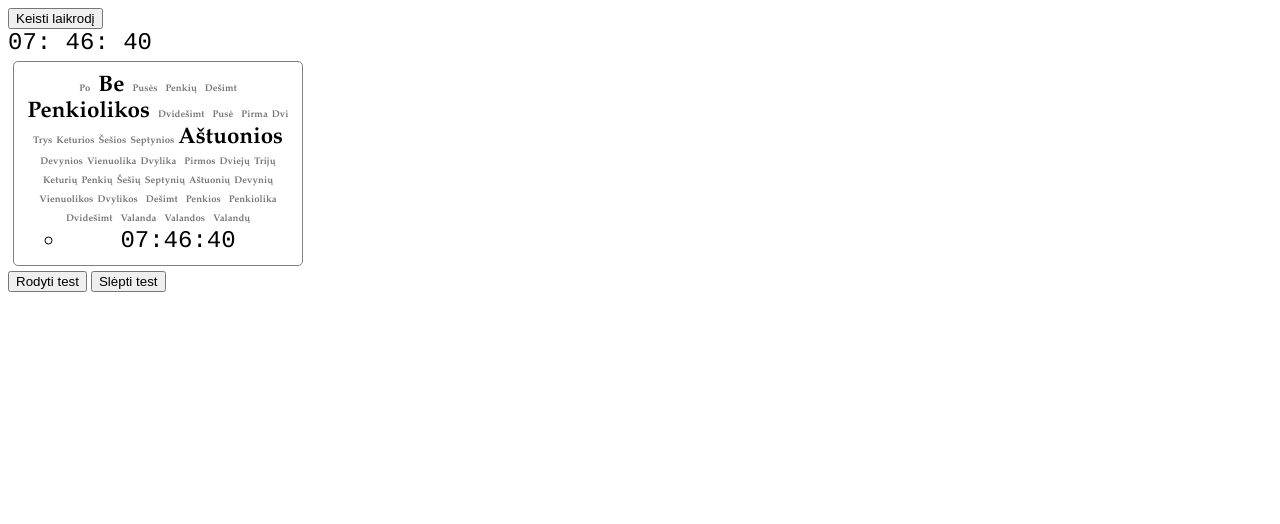
Repository: Skaidrius/WordClock
Page: index.html
The author's editor kept a record of every edit. The page is drawn from the files as they stood at one moment, then again after the next edit.
The browser window is 1280 px wide. The pictures show the whole page.
Some web libraries are served in a nearby version.

Above is the page before.

### index.html
<!DOCTYPE html>
<html>

<head>
    <meta charset="UTF-8">
    <title>Laikrodukas</title>
    <link type="text/css" rel="stylesheet" href="style.css"></link>
</head>

<body ng-app="clockApp">

    <div ng-controller="DataController" ng-init="init();">
        <button ng-click="changeClass()">Keisti laikrodį</button><br>
        <span class="digital">{{currHours}}: {{currMins}}: {{currSecs}}</span>

        <show-big-clock></show-big-clock>
    </div>


    <div ng-controller="TestController" ng-init="currHours = '1'; currMins = '0';">
        <button ng-click="show=true">Rodyti test</button>
        <button ng-click="show=false">Slėpti test</button>
        <div ng-show="show" id="clck-bgr">
        <ul>
            <li ng-class="currMins >= 5 && currMins < 25 || currMins >= 35 && currMins < 40 ? 'active' : 'passive'">{{after}}</li>
            <li ng-class="currMins >= 25 && currMins < 30 || currMins >= 40 ? 'active' : 'passive'">{{till}}</li>
            <li ng-class="currMins >= 35 && currMins < 40 ? 'active' : 'passive'">{{afterhalf}}</li>
            <li ng-class="currMins >= 25 && currMins < 30 || currMins >=  55 ? 'active' : 'passive'">{{fivetill}}</li>
            <li ng-class="currMins >= 50 && currMins < 55 ? 'active' : 'passive'">{{ten}}</li>
            <li ng-class="currMins >= 45 && currMins < 50 ? 'active' : 'passive'">{{quarter}}</li>
            <li ng-class="currMins >= 40 && currMins < 45 ? 'active' : 'passive'">{{twenty}}</li>
            <li ng-class="currMins >= 25 && currMins < 35 ? 'active' : 'passive'">{{half}}</li>

            <li ng-show="item.value!= 13" ng-repeat="item in hoursPastHalf" ng-class="currMins >= 40 && item.value-1 == currHours || currMins < 5 && item.value == currHours ? 'active' : 'passive'">{{item.name }}</li>

            <li ng-show="item.value!= 13" ng-repeat="item in hoursPastZero" ng-class="currMins >= 5 && currMins < 25 && item.value == currHours || currMins >= 25 && currMins < 40 && item.value-1 == currHours ? 'active' : 'passive'">{{item.name }}</li>

            <li ng-class="currMins > 9 && currMins < 15 || currHours == tenHours.value && currMins >= 0 && currMins < 25 || currMins >= 25 && currMins < 60 && tenHours.value-1 == currHours ? 'active' : 'passive'">{{tenHours.name}}</li>

            <li ng-class="currMins < 10 && five.value == currHours ||
                    currMins > 35 && five.value-1 == currHours ||
                    currMins >=5 && currMins < 10 ||
                    currMins >= 35 && currMins < 40 ? 'active' : 'passive'">{{five.name}}</li>

            <li ng-class="currMins >= 15 && currMins < 20? 'active' : 'passive'">{{fifteen}}</li>
            <li ng-class="currMins >= 20 && currMins < 25 ? 'active' : 'passive'">{{twenty}}</li>
            <li ng-class="currMins < 5 && currHours == 1 < 5 ? 'active' : 'passive'">{{hour}}</li>
            <li ng-class="currMins < 5 && currHours > 1 && currHours <= 9 ? 'active' : 'passive'">{{hours}}</li>
            <li ng-class="currMins < 5 && currHours > 9 ? 'active' : 'passive'">{{morehour}}</li>
        </ul>

        <div class="digital">
            <span>{{currHours}}: {{currMins}}</span><br>
         </div>
         <div>
            <input type="number" ng-model="currHours"/></label>
            <input type="number" ng-model="currMins"/></label>
         </div>

    </div>


<script src="https://ajax.googleapis.com/ajax/libs/angularjs/1.3.12/angular.min.js"></script>
<script type="text/javascript" src="app.js"></script>
</body>

</html>

### style.css
body {
    font-family: 'Book Antiqua', 'Palatino Linotype', Palatino, serif;
}

.clck-bgr {
    text-align: center;
    max-width: 300px;
}

.clck-circle {
    max-width: 512px;
    height: auto;
    border: 1px solid grey;
    border-radius: 5px;
    padding: 0.7em;
    margin: 5px;
}
.clck-circle > li    {
    list-style: none;
    display: inline-block;
    padding: 0 2px;
    font-weight: bold;
}

.active   { color: #000; font-size: 1.4em}
.passive  { color: #777; font-size: 0.6em}

.visible   { visibility: visible; font-size: 1.4em}
.hidden  { display: none; font-size: 0.6em}

.digital {
    font-family: ‘Courier New’, Courier, monospace;
    font-size: 24px;
}

.digital::before {
    clear: both;
}

### app.js
var app = angular.module('clockApp', []);
app.controller('DataController', function($scope, $interval, $filter) {

    $scope.init = $interval(function(){
        $scope.input = new Date();
        $scope.currHours = $filter('date')($scope.input, 'hh');
        $scope.currMins = $filter('date')($scope.input, 'mm');
        $scope.currSecs = $filter('date')($scope.input, 'ss');

        $scope.hoursPastHalf= [ {value:   1,     name: "Pirma" },
                        {value:   2,     name: "Dvi"        },
                        {value:   3,     name: "Trys"       },
                        {value:   4,     name: "Keturios"   },
                        {value:   6,     name: "Šešios"     },
                        {value:   7,     name: "Septynios"  },
                        {value:   8,     name: "Aštuonios"  },
                        {value:   9,     name: "Devynios"   },
                        {value:  11,     name: "Vienuolika" },
                        {value:  12,     name: "Dvylika"    },
                        {value:  13,     name: "Pirma"      } ];

        $scope.tenHours = {value:  10,     name: "Dešimt"   };
        $scope.five =   {value:  5,     name:  "Penkios"    };

        $scope.hoursPastZero = [ {value:  1,     name: "Pirmos"     },
                        {value:  2,     name: "Dviejų"      },
                        {value:  3,     name: "Trijų"       },
                        {value:  4,     name: "Keturių"     },
                        {value:  5,     name: "Penkių"      },
                        {value:  6,     name: "Šešių"       },
                        {value:  7,     name: "Septynių"    },
                        {value:  8,     name: "Aštuonių"    },
                        {value:  9,     name: "Devynių"     },
                        {value:  11,    name: "Vienuolikos" },
                        {value:  12,    name: "Dvylikos"    },
                        {value:  13,    name: "Pirmos"      }  ];

        $scope.till = "Be";
        $scope.after = "Po";

        $scope.fivetill = "Penkių";
        $scope.ten = "Dešimt";
        $scope.quarter = "Penkiolikos";
        $scope.fifteen = "Penkiolika";
        $scope.twenty = "Dvidešimt";
        $scope.half = "Pusė";
        $scope.afterhalf = "Pusės";

        $scope.hour = "Valanda";
        $scope.hours = "Valandos";
        $scope.morehour = "Valandų";

    },100 );

    $scope.showClassName = 'active';
    $scope.hiddenClassName = 'passive';

    $scope.changeClass = function(){
        if ($scope.showClassName != "active"){
            $scope.showClassName = "active";
            $scope.hiddenClassName = "passive";
          } else {
            $scope.showClassName = "visible";
            $scope.hiddenClassName = "hidden";
          }
    };

});

app.controller('DataControllerEn', function($scope, $interval, $filter) {

    $scope.init = $interval(function(){
        $scope.input = new Date();
        $scope.currHours = $filter('date')($scope.input, 'hh');
        $scope.currMins = $filter('date')($scope.input, 'mm');
        $scope.currSecs = $filter('date')($scope.input, 'ss');

        $scope.hoursArray= [ {value:   1,     name: "One" },
                        {value:   2,     name: "Two"        },
                        {value:   3,     name: "Three"       },
                        {value:   4,     name: "Four"   },
                        {value:   6,     name: "Six"     },
                        {value:   7,     name: "Seven"  },
                        {value:   8,     name: "Eight"  },
                        {value:   9,     name: "Nine"   },
                        {value:  11,     name: "Eleven" },
                        {value:  12,     name: "Twelve"    },
                        {value:  13,     name: ""      } ];

        $scope.tenHours = {value:  10,     name: "Ten"   };
        $scope.five =   {value:  5,     name:  "Five"    };

        $scope.hoursPastZero = [ {value:  1,     name: "One"     },
                        {value:  2,     name: "Two"      },
                        {value:  3,     name: "Three"       },
                        {value:  4,     name: "Four"     },
                        {value:  5,     name: "Five"      },
                        {value:  6,     name: "Six"       },
                        {value:  7,     name: "Seven"    },
                        {value:  8,     name: "Eight"    },
                        {value:  9,     name: "Nine"     },
                        {value:  11,    name: "Eleven" },
                        {value:  12,    name: "Twelve"    },
                        {value:  13,    name: ""      }  ];

        $scope.till = "Till";
        $scope.after = "Past";

        $scope.fivetill = "Five";
        $scope.ten = "Ten";
        $scope.quarter = "Quarter";
        $scope.fifteen = "Quarter";
        $scope.twenty = "Twenty";
        $scope.half = "Half Of";
        $scope.afterhalf = "Half Of";

        $scope.hour = "O'Clock";

    },100 );

    $scope.showClassName = 'active';
    $scope.hiddenClassName = 'passive';

    $scope.changeClass = function(){
        if ($scope.showClassName != "active"){
            $scope.showClassName = "active";
            $scope.hiddenClassName = "passive";
          } else {
            $scope.showClassName = "visible";
            $scope.hiddenClassName = "hidden";
          }
    };

});

// tests
app.controller('TestController', function($scope, $interval) {  //clone for testing

    $scope.init = $interval(function(){

        $scope.hoursPastHalf= [ {value:   1,     name: "Pirma" },
                        {value:   2,     name: "Dvi"        },
                        {value:   3,     name: "Trys"       },
                        {value:   4,     name: "Keturios"   },
                        {value:   6,     name: "Šešios"     },
                        {value:   7,     name: "Septynios"  },
                        {value:   8,     name: "Aštuonios"  },
                        {value:   9,     name: "Devynios"   },
                        {value:  11,     name: "Vienuolika" },
                        {value:  12,     name: "Dvylika"    },
                        {value:  13,     name: "Pirma"      } ];

        $scope.tenHours = {value:  10,  name: "Dešimt"      };
        $scope.five =   {value:  5,     name:  "Penkios"    };

        $scope.hoursPastZero = [ {value:  1,     name: "Pirmos"     },
                        {value:  2,     name: "Dviejų"      },
                        {value:  3,     name: "Trijų"       },
                        {value:  4,     name: "Keturių"     },
                        {value:  5,     name: "Penkių"      },
                        {value:  6,     name: "Šešių"       },
                        {value:  7,     name: "Septynių"    },
                        {value:  8,     name: "Aštuonių"    },
                        {value:  9,     name: "Devynių"     },
                        {value:  11,    name: "Vienuolikos" },
                        {value:  12,    name: "Dvylikos"    },
                        {value:  13,    name: "Pirmos"      }  ];

        $scope.till = "Be";
        $scope.after = "Po";

        $scope.fivetill = "Penkių";
        $scope.ten = "Dešimt";
        $scope.quarter = "Penkiolikos";
        $scope.fifteen = "Penkiolika";
        $scope.twenty = "Dvidešimt";
        $scope.half = "Pusė";
        $scope.afterhalf = "Pusės";

        $scope.hour = "Valanda";
        $scope.hours = "Valandos";
        $scope.morehour = "Valandų";

},100 );

});

app.directive('showBigClock', function(){
    return {
        templateUrl: 'clock.html'
    };
});

app.directive('showBigClockEn', function(){
    return {
        templateUrl: 'clockEn.html'
    };
});

### clock.html
<div class="clck-bgr">
<ul class= "clck-circle">
    <li ng-class="currMins >= 5 && currMins < 25 || currMins >= 35 && currMins < 40 ? showClassName : hiddenClassName">{{after}}</li>
    <li ng-class="currMins >= 25 && currMins < 30 || currMins >= 40 ? showClassName : hiddenClassName">{{till}}</li>
    <li ng-class="currMins >= 35 && currMins < 40 ? showClassName : hiddenClassName ">{{afterhalf}}</li>
    <li ng-class="currMins >= 25 && currMins < 30 || currMins >=  55 ? showClassName : hiddenClassName">{{fivetill}}</li>
    <li ng-class="currMins >= 50 && currMins < 55 && currMins >=10 && currMins < 20 ? showClassName : hiddenClassName">{{ten}}</li>
    <li ng-class="currMins >= 45 && currMins < 50 ? showClassName : hiddenClassName">{{quarter}}</li>
    <li ng-class="currMins >= 40 && currMins < 45 ? showClassName : hiddenClassName">{{twenty}}</li>
    <li ng-class="currMins >= 25 && currMins < 35 ? showClassName : hiddenClassName">{{half}}</li>

    <li ng-show="item.value!= 13" ng-repeat="item in hoursPastHalf" ng-class="currMins >= 40 && item.value-1 == currHours || currMins < 5 && item.value == currHours ? showClassName : hiddenClassName">{{item.name }}</li>
    <li ng-show="item.value!= 13" ng-repeat="item in hoursPastZero" ng-class="currMins >= 5 && currMins < 25 && item.value == currHours || currMins >= 25 && currMins < 40 && item.value-1 == currHours ? showClassName : hiddenClassName">{{item.name }}</li>

    <li ng-class="currMins > 9 && currMins < 15 || currHours == tenHours.value && currMins >= 0 && currMins < 25 || currMins >= 25 && currMins < 60 && tenHours.value-1 == currHours ? showClassName : hiddenClassName">{{tenHours.name}}</li>

    <li ng-class="currMins < 10 && five.value == currHours ||
                    currMins > 35 && five.value-1 == currHours ||
                    currMins >=5 && currMins < 10 ||
                    currMins >= 35 && currMins < 40 ? showClassName : hiddenClassName">{{five.name}}</li>

    <li ng-class="currMins >= 15 && currMins < 20 ? showClassName : hiddenClassName">{{fifteen}}</li>
    <li ng-class="currMins >= 20 && currMins < 25 ? showClassName : hiddenClassName">{{twenty}}</li>
    <li ng-class="currMins < 5 && currHours == 1 < 5 ? showClassName : hiddenClassName">{{hour}}</li>
    <li ng-class="currMins < 5 && currHours > 1 && currHours <= 9 ? showClassName : hiddenClassName">{{hours}}</li>
    <li ng-class="currMins < 5 && currHours > 9 ? showClassName : hiddenClassName">{{morehour}}</li>
    <ul>
        <li class="digital" >{{currHours}}:{{currMins}}:{{currSecs}}</li>
    </ul>
</ul>
</div>

After the next edit:
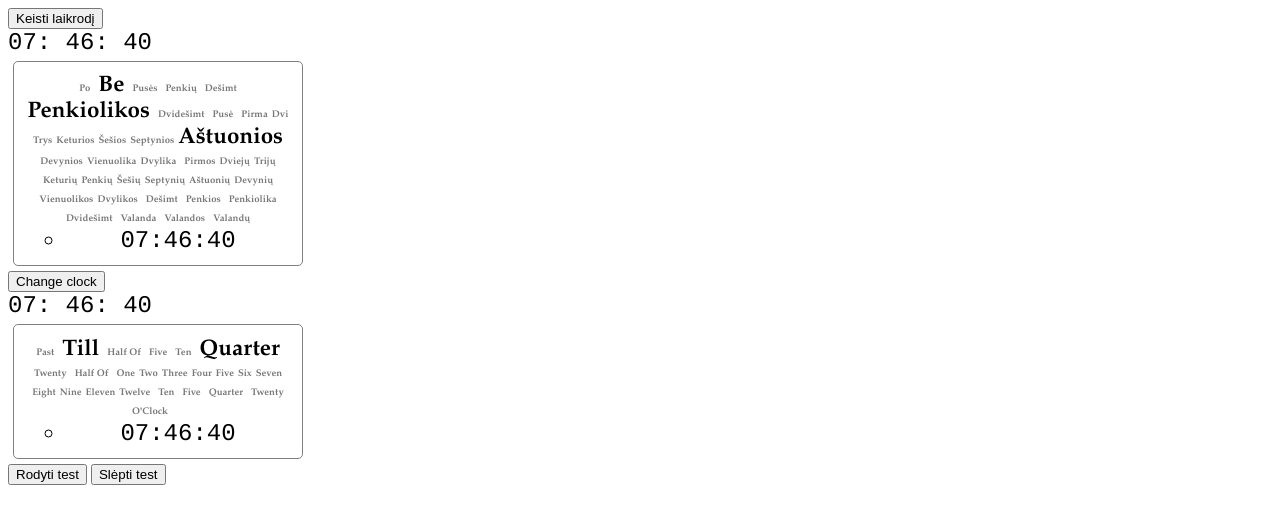
The edit:
--- a/index.html
+++ b/index.html
@@ -16,6 +16,12 @@
         <show-big-clock></show-big-clock>
     </div>
 
+    <div ng-controller="DataControllerEn" ng-init="init();">
+        <button ng-click="changeClass()">Change clock</button><br>
+        <span class="digital">{{currHours}}: {{currMins}}: {{currSecs}}</span>
+
+        <show-big-clock></show-big-clock>
+    </div>
 
     <div ng-controller="TestController" ng-init="currHours = '1'; currMins = '0';">
         <button ng-click="show=true">Rodyti test</button>
